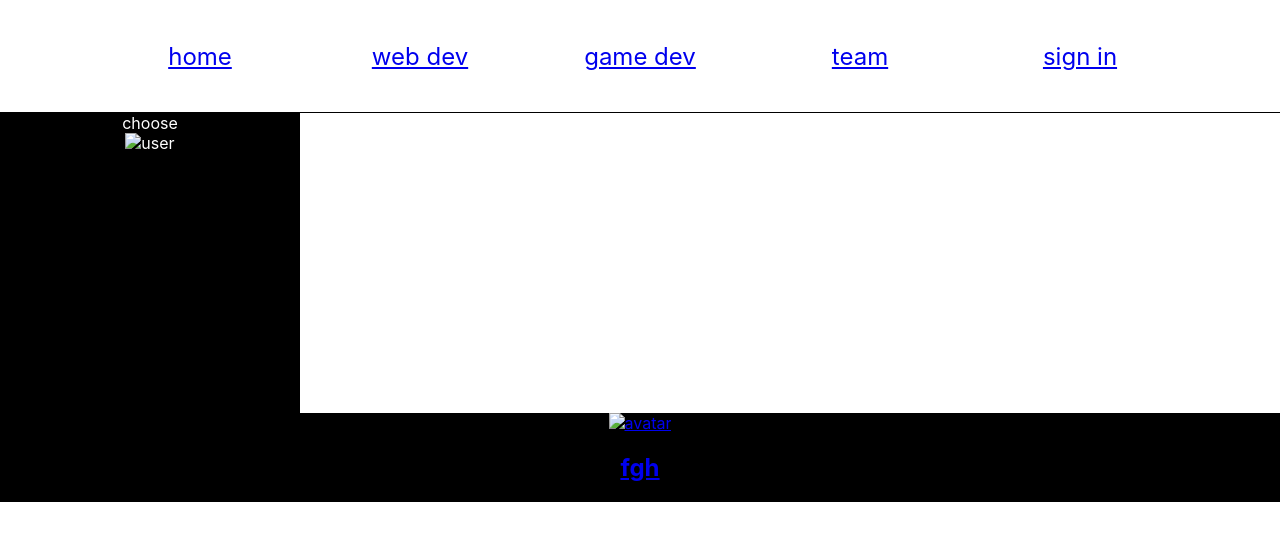
Repository: romAtam/5778
Page: /team/fgh
These files come from the project's save history. The page is drawn as it stood at one moment and after the next save; the edit follows.
The browser window is 1280 px wide. The pictures show the whole page.
The page's requests for data from a server got no answer. The project was rebuilt for these pictures with package versions that can differ from the ones it lists, and the page was loaded fresh each time. No one was signed in, and anything a server would have sent is missing. Also part of the build but not shown: src/Pages/Home.js, src/Pages/Game.js, src/Pages/Web.js, src/Pages/Signin.js.

Above is the page before, as saved 2021-12-11 16:43:10.

After the next save:
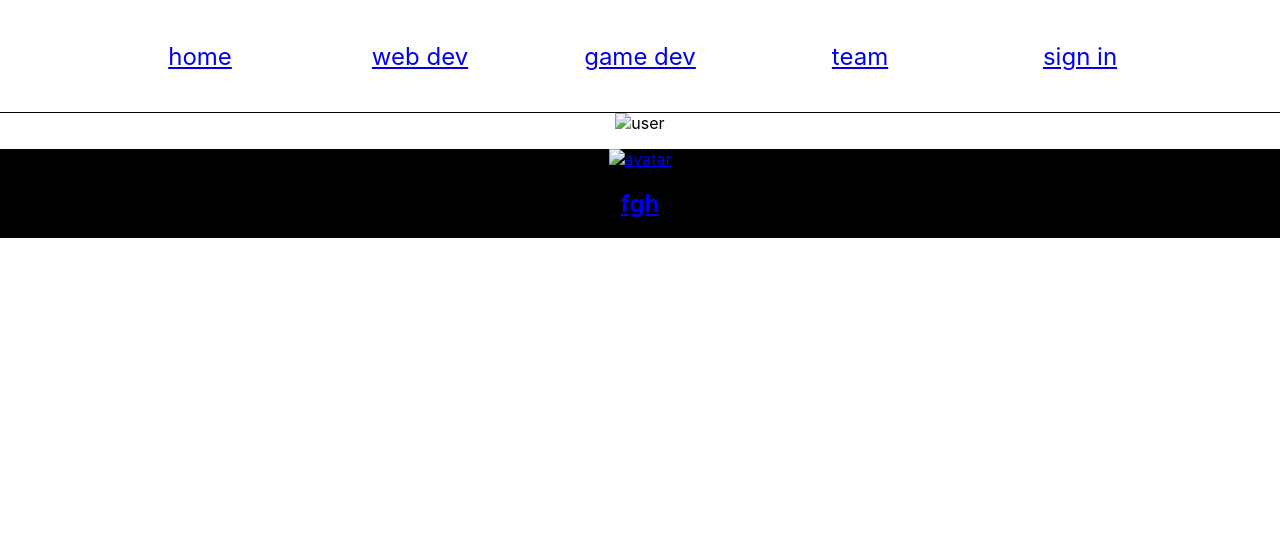
Saved 73 s later.
--- a/src/Pages/Team.js
+++ b/src/Pages/Team.js
@@ -34,10 +34,10 @@ fetchTeam()
     ,[])
     return (
         <>
-        <UserPlace>
-            choose
+
+
              <Outlet/>
-        </UserPlace>
+
 
          <TeamContainer>
 
